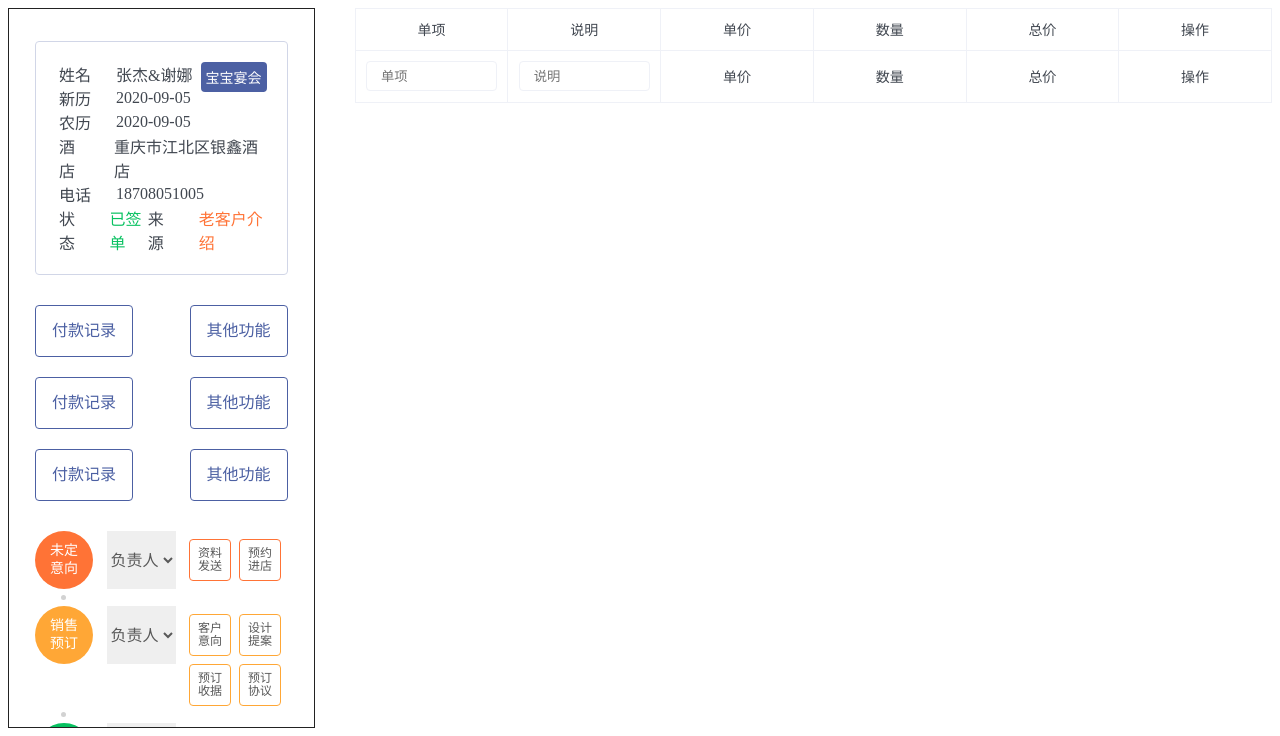
Repository: Lairuola/wedding-1
Page: index.html
An editor plug-in stored every save of this project. The page is shown before and after the next save, followed by the edit.
The browser window is 1280 px wide. The pictures show the whole page.

Above is the page before, as saved 2020-12-24 15:57:10.

After the next save:
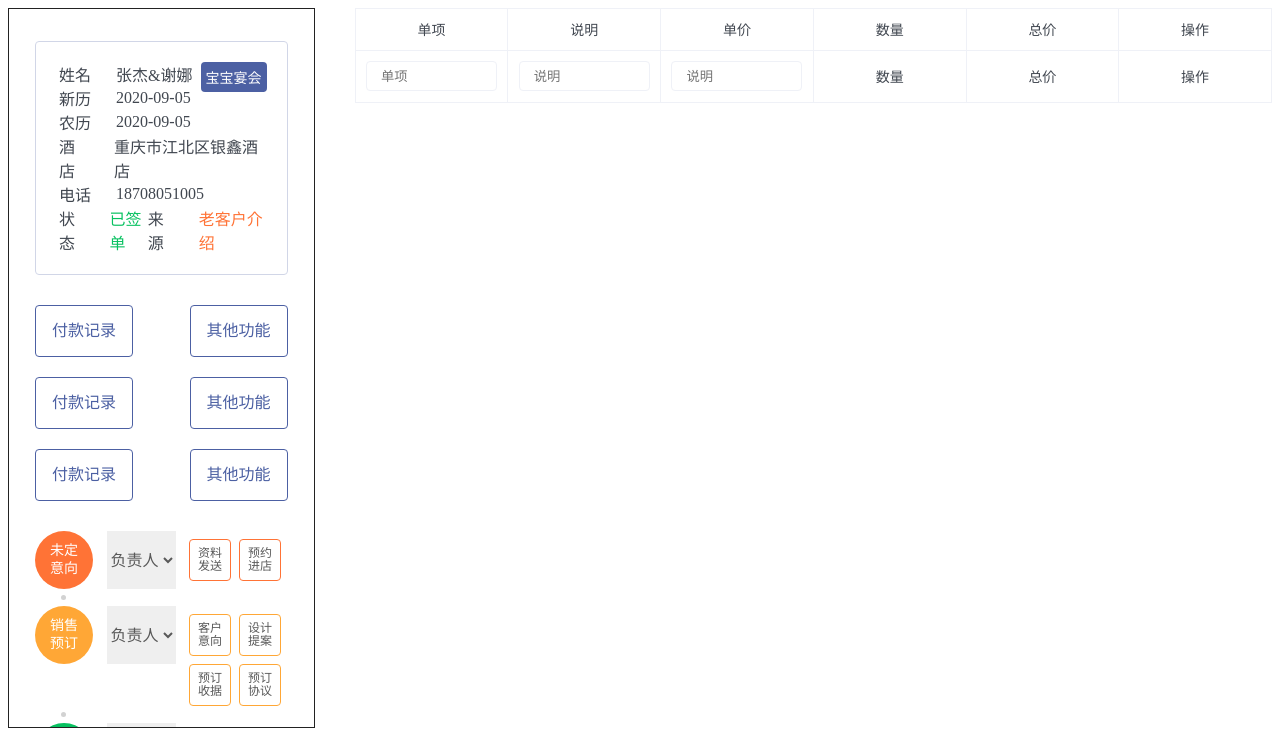
Saved 57 s later.
--- a/index.html
+++ b/index.html
@@ -2,7 +2,7 @@
  * @Author       : 濑若拉
  * @Date         : 2020-12-17 10:22:14
  * @LastEditors  : 濑若拉
- * @LastEditTime : 2020-12-24 15:57:10
+ * @LastEditTime : 2020-12-24 15:58:07
  * @FilePath     : /slidebar/index.html
 -->
 
@@ -313,7 +313,8 @@
     }
 
     .my-table .rows .item .single-input,
-    .my-table .rows .item .info-input {
+    .my-table .rows .item .info-input,
+    .my-table .rows .item .price-input {
       background-color: #fff;
       border: 1px solid #eff1f7;
       width: 100%;
@@ -509,7 +510,9 @@
       <div class="item">
         <input class="info-input" type="text" placeholder="说明">
       </div>
-      <div class="item">单价</div>
+      <div class="item">
+        <input class="price-input" type="text" placeholder="说明">
+      </div>
       <div class="item">数量</div>
       <div class="item">总价</div>
       <div class="item">操作</div>
